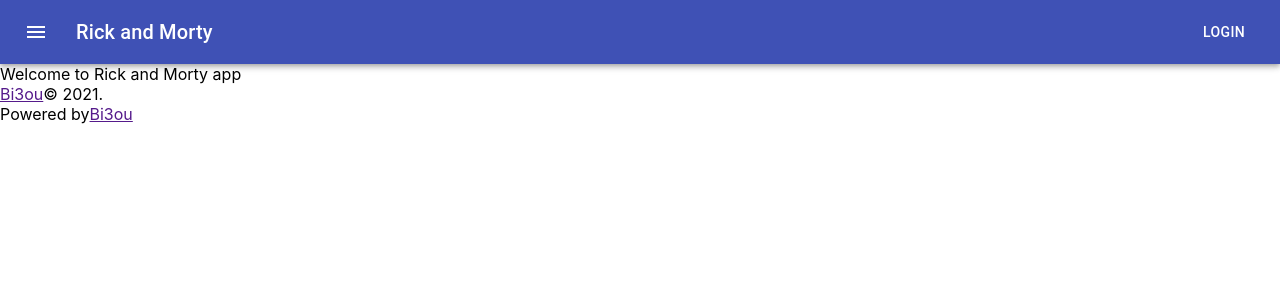
Repository: walidnsiri/RickAndMorty
Page: /Home
These files come from the project's save history. The page is drawn as it stood at one moment and after the next save; the edit follows.
The browser window is 1280 px wide. The pictures show the whole page.
The project was rebuilt for these pictures with package versions that can differ from the ones it lists, and the page was loaded fresh each time. Also part of the build but not shown: src/App.css.

Above is the page before, as saved 2021-07-20 10:17:51.

### src/index.js
import React from "react";
import ReactDOM from "react-dom";
import "./index.css";
import App from "./App";
import * as serviceWorker from "./serviceWorker";
import { store } from "./actions/store";
import { Provider } from "react-redux";
import { getConfig } from "./config";
import history from "./utils/history";

import { Auth0Provider } from "@auth0/auth0-react";
const onRedirectCallback = (appState) => {
    history.push(
      appState && appState.returnTo ? appState.returnTo : window.location.pathname
    );
  };
const config = getConfig();
const providerConfig = {
    domain: config.domain,
    clientId: config.clientId,
    ...(config.audience ? { audience: config.audience } : null),
    redirectUri: window.location.origin,
    onRedirectCallback,
  };
ReactDOM.render(
  <Auth0Provider {...providerConfig}>
    <Provider store={store}>
      <App />{" "}
    </Provider>
  </Auth0Provider>,
  document.getElementById("root")
);

// If you want your app to work offline and load faster, you can change
// unregister() to register() below. Note this comes with some pitfalls.
// Learn more about service workers: https://bit.ly/CRA-PWA
serviceWorker.unregister();

### src/App.js
import React, { useState, useEffect } from "react";
import { useAuth0 } from "@auth0/auth0-react";
import { UserContext } from "./utils/UserContext";
import { Switch, Route, BrowserRouter, Redirect } from "react-router-dom";

import logo from "./logo.svg";
import "./App.css";

const Login = React.lazy(() => import("./Components/Login"));
const Home = React.lazy(() => import("./Components/Home"));


const loading = (
  <div className="pt-3 text-center">
    <div className="sk-spinner sk-spinner-pulse"></div>
  </div>
);


function App() {
  return (
    <BrowserRouter>
    <React.Suspense fallback={loading}>
            <Home/>
      </React.Suspense>
    </BrowserRouter>
  );
}

export default App;

const SecretRoute = ({ component: Component, ...rest }) => {
  const { isAuthenticated } = useAuth0();
  return (<Route {...rest} render={(props) => (
    isAuthenticated
      ? <Component {...props} />
      : <Redirect to="/Login"/>
  )} />)
      };

### src/serviceWorker.js
// This optional code is used to register a service worker.
// register() is not called by default.

// This lets the app load faster on subsequent visits in production, and gives
// it offline capabilities. However, it also means that developers (and users)
// will only see deployed updates on subsequent visits to a page, after all the
// existing tabs open on the page have been closed, since previously cached
// resources are updated in the background.

// To learn more about the benefits of this model and instructions on how to
// opt-in, read https://bit.ly/CRA-PWA

const isLocalhost = Boolean(
    window.location.hostname === 'localhost' ||
      // [::1] is the IPv6 localhost address.
      window.location.hostname === '[::1]' ||
      // 127.0.0.0/8 are considered localhost for IPv4.
      window.location.hostname.match(
        /^127(?:\.(?:25[0-5]|2[0-4][0-9]|[01]?[0-9][0-9]?)){3}$/
      )
  );

  export function register(config) {
    if (process.env.NODE_ENV === 'production' && 'serviceWorker' in navigator) {
      // The URL constructor is available in all browsers that support SW.
      const publicUrl = new URL(process.env.PUBLIC_URL, window.location.href);
      if (publicUrl.origin !== window.location.origin) {
        // Our service worker won't work if PUBLIC_URL is on a different origin
        // from what our page is served on. This might happen if a CDN is used to
        // serve assets; see https://github.com/facebook/create-react-app/issues/2374
        return;
      }

      window.addEventListener('load', () => {
        const swUrl = `${process.env.PUBLIC_URL}/service-worker.js`;

        if (isLocalhost) {
          // This is running on localhost. Let's check if a service worker still exists or not.
          checkValidServiceWorker(swUrl, config);

          // Add some additional logging to localhost, pointing developers to the
          // service worker/PWA documentation.
          navigator.serviceWorker.ready.then(() => {
            console.log(
              'This web app is being served cache-first by a service ' +
                'worker. To learn more, visit https://bit.ly/CRA-PWA'
            );
          });
        } else {
          // Is not localhost. Just register service worker
          registerValidSW(swUrl, config);
        }
      });
    }
  }

  function registerValidSW(swUrl, config) {
    navigator.serviceWorker
      .register(swUrl)
      .then(registration => {
        registration.onupdatefound = () => {
          const installingWorker = registration.installing;
          if (installingWorker == null) {
            return;
          }
          installingWorker.onstatechange = () => {
            if (installingWorker.state === 'installed') {
              if (navigator.serviceWorker.controller) {
                // At this point, the updated precached content has been fetched,
                // but the previous service worker will still serve the older
                // content until all client tabs are closed.
                console.log(
                  'New content is available and will be used when all ' +
                    'tabs for this page are closed. See https://bit.ly/CRA-PWA.'
                );

                // Execute callback
                if (config && config.onUpdate) {
                  config.onUpdate(registration);
                }
              } else {
                // At this point, everything has been precached.
                // It's the perfect time to display a
                // "Content is cached for offline use." message.
                console.log('Content is cached for offline use.');

                // Execute callback
                if (config && config.onSuccess) {
                  config.onSuccess(registration);
                }
              }
            }
          };
        };
      })
      .catch(error => {
        console.error('Error during service worker registration:', error);
      });
  }

  function checkValidServiceWorker(swUrl, config) {
    // Check if the service worker can be found. If it can't reload the page.
    fetch(swUrl, {
      headers: { 'Service-Worker': 'script' },
    })
      .then(response => {
        // Ensure service worker exists, and that we really are getting a JS file.
        const contentType = response.headers.get('content-type');
        if (
          response.status === 404 ||
          (contentType != null && contentType.indexOf('javascript') === -1)
        ) {
          // No service worker found. Probably a different app. Reload the page.
          navigator.serviceWorker.ready.then(registration => {
            registration.unregister().then(() => {
              window.location.reload();
            });
          });
        } else {
          // Service worker found. Proceed as normal.
          registerValidSW(swUrl, config);
        }
      })
      .catch(() => {
        console.log(
          'No internet connection found. App is running in offline mode.'
        );
      });
  }

  export function unregister() {
    if ('serviceWorker' in navigator) {
      navigator.serviceWorker.ready
        .then(registration => {
          registration.unregister();
        })
        .catch(error => {
          console.error(error.message);
        });
    }
  }

### src/actions/store.js
import { createStore, applyMiddleware, compose } from "redux";
import thunk from "redux-thunk";
import {reducers} from '../reducers'
import logger from 'redux-logger';


export const store = createStore(


    reducers,
    compose(
        applyMiddleware(thunk,logger)

    )
)

### src/config.js
import configJson from "./auth_config.json";

export function getConfig() {
  // Configure the audience here. By default, it will take whatever is in the config
  // (specified by the `audience` key) unless it's the default value of "YOUR_API_IDENTIFIER" (which
  // is what you get sometimes by using the Auth0 sample download tool from the quickstart page, if you
  // don't have an API).
  // If this resolves to `null`, the API page changes to show some helpful info about what to do
  // with the audience.
  const audience =
    configJson.audience && configJson.audience !== "https://dev--ssmbhmd.us.auth0.com/api/v2/"
      ? configJson.audience
      : null;

  return {
    domain: configJson.domain,
    clientId: configJson.clientId,
    ...(audience ? { audience } : null),
  };
}

### src/utils/history.js

import { createBrowserHistory } from "history";
export default createBrowserHistory();

### src/utils/UserContext.js
import { createContext } from "react"

export const UserContext = createContext(null)

### src/Components/Home.js
import React from 'react'
import {
    Content,
    Footer,
    Nav
  } from './index'


const Home = () => {
    return (
        <div>
        <Nav/>
        <div className="wrapper">
          <div className="body">
            <Content/>
          </div>
        </div>
        <Footer/>
      </div>
    )
}

export default Home

### src/reducers/index.js
import { combineReducers } from "redux";

import {Characters} from "./Characters";
import {Episodes} from "./Episodes"


export const reducers = combineReducers({
    Characters,
    Episodes

})

### src/auth_config.json
{
    "domain": "dev--ssmbhmd.us.auth0.com",
    "clientId": "4F51sIBqAE8Geat5jYdFb75PmN139WvP",
    "audience": "https://dev--ssmbhmd.us.auth0.com/api/v2/"
  }

### src/Components/index.js
import Content from './Content'
import Footer from './Footer'
import Nav from './Nav'
import Home from './Home'


export {
    Content,
    Footer,
    Nav,
    Home,
}

### src/reducers/Characters.js
import { ACTION_TYPES } from "../actions/Characters";

const initialState = {
  Characters: [],
  Character: {},
};

export const Characters = (state = initialState, action) => {
  switch (action.type) {
    case ACTION_TYPES.FETCH_ALL_Characters:
      return {
        ...state,

        info: action.payload.info,
        Characters: [...action.payload.results],
      };
    case ACTION_TYPES.FETCH_ALL_CharactersbyPage:
      return {
        ...state,
        info: action.payload.info,
        Characters: [...action.payload.results],
      };
    case ACTION_TYPES.FETCH_CharactersById:
      return {
        ...state,
        Character: action.payload,
      };
    case ACTION_TYPES.FETCH_CharactersByIds:
      return {
        ...state,
        Characters: [...action.payload],
      };

    default:
      return state;
  }
};

### src/reducers/Episodes.js
import { ACTION_TYPES } from "../actions/Episode";

const initialState = {
  Episodes: [],
  Episode: {},
};

export const Episodes = (state = initialState, action) => {
  switch (action.type) {
    case ACTION_TYPES.FETCH_ALL_Episodes:
      return {
        ...state,
        Episodes: [...action.payload.results],
      };
    case ACTION_TYPES.FETCH_EpisodesById:
      return {
        ...state,
        Episode: action.payload,
      };

    default:
      return state;
  }
};

### src/Components/Content.js
import {
    Container
  } from "@material-ui/core";

import routes from '../routes'
import React, { Suspense } from 'react'
import {
  Redirect,
  Route,
  Switch
} from 'react-router-dom'
const loading = (
    <div className="pt-3 text-center">
      <div className="sk-spinner sk-spinner-pulse"></div>
    </div>
  )

const Content = () => {
    return (
        <main className="h-100">
        <Suspense fallback={loading}>
          <Switch>
          {routes.map((route, idx) => {
              return route.component && (
                <Route
                  key={idx}
                  path={route.path}
                  exact={route.exact}
                  name={route.name}
                  render={props => (
                      <route.component {...props} />
                  )} />
              )
            })}
            <Redirect from ="" to="/welcome" />
          </Switch>
        </Suspense>
        </main>
    )
}

export default  React.memo(Content)

### src/Components/Footer.js
import React from 'react'


const Footer = () => {
  return (
    <footer className="footer">
      <div>
        <a href="" target="_blank" rel="noopener noreferrer">Bi3ou</a>
        <span className="ml-1">&copy; 2021.</span>
      </div>
      <div className="mfs-auto">
        <span className="mr-1">Powered by</span>
        <a href="" target="_blank" rel="noopener noreferrer">Bi3ou</a>
      </div>
    </footer>
  )
}

export default React.memo(Footer)

### src/Components/Nav.js
import React, { Component } from 'react';
import PropTypes from 'prop-types';
import { Link } from 'react-router-dom';
import { withStyles } from '@material-ui/core/styles';
import AppBar from '@material-ui/core/AppBar';
import Toolbar from '@material-ui/core/Toolbar';
import Typography from '@material-ui/core/Typography';
import IconButton from '@material-ui/core/IconButton';
import MenuIcon from '@material-ui/icons/Menu';
import Button from '@material-ui/core/Button';
import Sidenav from './Sidenav';
import Hidden from '@material-ui/core/Hidden';
import { blue } from '@material-ui/core/colors';
import { makeStyles, useTheme } from "@material-ui/core/styles";
import {useAuth0} from '@auth0/auth0-react'

const useStyles = makeStyles((theme) => ({
  root: {
    flexGrow: 1,
  },
  appBar: {
    background: blue,
  },
  menuButton: {
    marginRight: theme.spacing(2),
  },
  title: {
    flexGrow: 1,
  },
  toolbar: {
    justifyContent: 'space-between',
  }
}));

export function Nav() {
  const classes = useStyles();
  const [IsOpen, setIsOpen] = React.useState(false);
  const {isAuthenticated} = useAuth0();
  const openCloseSidenav = () => {
    setIsOpen(!IsOpen)
  }


  return (
    <div className={classes.root}>
    <AppBar position="static" className={classes.appBar}>
     <Toolbar className={classes.toolbar}>
      <IconButton onClick={openCloseSidenav}
       edge="start" className={classes.menuButton} color="inherit" aria-label="menu">
       <MenuIcon />
      </IconButton>
      <Hidden xsDown>
       <Typography variant="h6" className={classes.title}>
        Rick and Morty
       </Typography>
      </Hidden>
      <div>
      {isAuthenticated ? <Button color="inherit" component={Link} to="/Logout">Logout</Button> : <Button color="inherit" component={Link} to="Login">Login</Button>}
      </div>
     </Toolbar>
    </AppBar>
    <Sidenav isOpen={IsOpen} openCloseSidenav={openCloseSidenav} />
   </div>
  );
}


export default React.memo(Nav)

### src/actions/Characters.js
import api from "./RickMortyApi"

export const ACTION_TYPES = {

    FETCH_ALL_Characters: 'FETCH_ALL_Characters',
    FETCH_CharactersById: 'FETCH_CharactersById',
    FETCH_ALL_CharactersbyPage: 'FETCH_ALL_CharactersbyPage',
    FETCH_CharactersByIds: 'FETCH_CharactersByIds'
}




export const fetchAll = () => dispatch => {
    api.Characters().fetchAllCharacters()
        .then(response => {
            dispatch({
                type: ACTION_TYPES.FETCH_ALL_Characters,
                payload: response.data
            })
        })
        .catch(err => console.log(err))
}

export const fetchAllbyPage = () => dispatch => {
    api.Characters().fetchAllCharactersNextPage()
        .then(response => {
            dispatch({
                type: ACTION_TYPES.FETCH_ALL_CharactersbyPage,
                payload: response.data
            })
        })
        .catch(err => console.log(err))
}

export const fetchbyId = (id) => dispatch => {

    api.Characters().fetchByIdCharacters(id)
        .then(response => {
            dispatch({
                type: ACTION_TYPES.FETCH_CharactersById,
                payload: response.data
            })
        })
        .catch(err => console.log(err))
}

export const fetchbyIds = (id) => dispatch => {
    api.Characters().fetchByIdCharacters(id)
        .then(response => {
            dispatch({
                type: ACTION_TYPES.FETCH_CharactersByIds,
                payload: response.data
            })
        })
        .catch(err => console.log(err))
}

### src/actions/Episode.js
import api from "./RickMortyApi"

export const ACTION_TYPES = {

    FETCH_ALL_Episodes: 'FETCH_ALL_Episodes',
    FETCH_EpisodesById: 'FETCH_EpisodesById'
}



export const fetchAll = () => dispatch => {
    api.Episode().fetchAllEpisode()
        .then(response => {
            dispatch({
                type: ACTION_TYPES.FETCH_ALL_Episodes,
                payload: response.data
            })
        })
        .catch(err => console.log(err))
}

export const fetchbyId = (id) => dispatch => {

    api.Episode().fetchByIdEpisode(id)
        .then(response => {
            dispatch({
                type: ACTION_TYPES.FETCH_EpisodesById,
                payload: response.data
            })
        })
        .catch(err => console.log(err))
}

### src/routes.js
import React from 'react';

const CharacterComponent = React.lazy(() => import("./Components/CharacterComponent"));
const EpisodeComponent = React.lazy(() => import("./Components/EpisodeComponent"));
const CharacterDetailsComponent = React.lazy(() => import("./Components/CharacterDetailsComponent"));
const EpisodeDetails = React.lazy(() => import("./Components/EpisodeDetails"));
const Logout = React.lazy(() => import("./Components/Logout"));
const Welcome = React.lazy(() => import("./Components/Welcome"));


const routes = [
  { path: '/welcome', name: 'welcome', component: Welcome },
  { path: '/Episodes', name: 'Episodes', component: EpisodeComponent },
  { path: '/Characters', name: 'Characters', component: CharacterComponent },
  { path: '/CharacterDetails/:id', exact: true,  name: 'CharacterDetails', component: CharacterDetailsComponent },
  { path: '/EpisodeDetails/:id', exact: true, name: 'EpisodeDetails', component: EpisodeDetails },
  { path: '/Logout', name: 'Logout', component: Logout },
];

export default routes;

### src/Components/Sidenav.js
import React, { Component } from 'react';
import PropTypes from 'prop-types';
import { withStyles } from '@material-ui/core/styles';
import Divider from '@material-ui/core/Divider';
import Drawer from '@material-ui/core/Drawer';
import ListItem from '@material-ui/core/ListItem';
import ListItemIcon from '@material-ui/core/ListItemIcon';
import ListItemText from '@material-ui/core/ListItemText';
import InboxIcon from '@material-ui/icons/MoveToInbox';
import MailIcon from '@material-ui/icons/Mail';
import List from '@material-ui/core/List';
import { Link } from 'react-router-dom';
import Button from '@material-ui/core/Button';

const styles = () => ({
  root: {
    width: 250,
  },
});

export class Sidenav extends Component {
  render() {
    const { classes, isOpen, openCloseSidenav } = this.props;
    return (
      <Drawer open={isOpen} onClose={openCloseSidenav}>
        <div
          className={classes.root}
          onClick={openCloseSidenav}>
          <List>
          <ListItem button>
              <ListItemIcon><InboxIcon /></ListItemIcon>
              <Button color="inherit" component={Link} to="/welcome">Welcome</Button>
            </ListItem>
            <Divider />
            <ListItem button>
              <ListItemIcon><InboxIcon /></ListItemIcon>
            <Button color="inherit" component={Link} to="/Characters">Characters</Button>
            </ListItem>
            <Divider />
            <ListItem button>
              <ListItemIcon><MailIcon /></ListItemIcon>
              <Button color="inherit" component={Link} to="/Episodes">Episodes</Button>
            </ListItem>
          </List>
        </div>
      </Drawer>
    );
  }
}

Sidenav.propTypes = {
  classes: PropTypes.object.isRequired,
  isOpen: PropTypes.bool.isRequired,
  openCloseSidenav: PropTypes.func.isRequired,
};

export default withStyles(styles)(Sidenav);

### src/actions/RickMortyApi.js
import axios from "axios";
const baseUrl = "https://rickandmortyapi.com/api/"



export default {


//Characters Api

Characters(url = baseUrl + 'character/') {

    return{

            fetchAllCharacters: () => axios.get(url),
            fetchAllCharactersNextPage:()=>axios.get(url),
            fetchByIdCharacters: id => axios.get(url + id)

    }


},



//Episodes Api

Episode(url = baseUrl + 'episode/') {

    return{

    fetchAllEpisode: () => axios.get(url),
    fetchByIdEpisode: id => axios.get(url + id)

    }


}


}

### src/Components/Welcome.js
import React from 'react'

const Welcome = () => {
    return (
        <div>
            Welcome to Rick and Morty app
        </div>
    )
}

export default Welcome

Loaded but not shown: public/index.html (common file); src/index.css (common file)

After the next save:
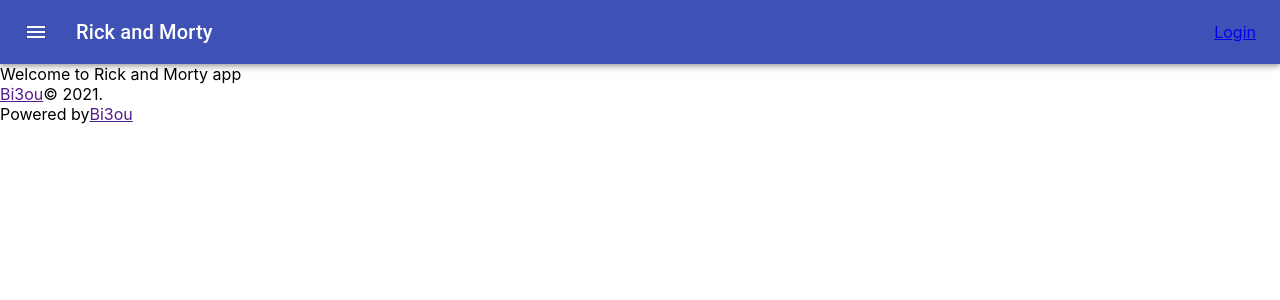
Saved 56 s later.
--- a/src/Components/Nav.js
+++ b/src/Components/Nav.js
@@ -55,7 +55,7 @@
        </Typography>
       </Hidden>
       <div>
-      {isAuthenticated ? <Button color="inherit" component={Link} to="/Logout">Logout</Button> : <Button color="inherit" component={Link} to="Login">Login</Button>}
+      {isAuthenticated ? <Link to="/Logout">Logout</Link> : <Link to="/Login">Login</Link>}
       </div>
      </Toolbar>
     </AppBar>
